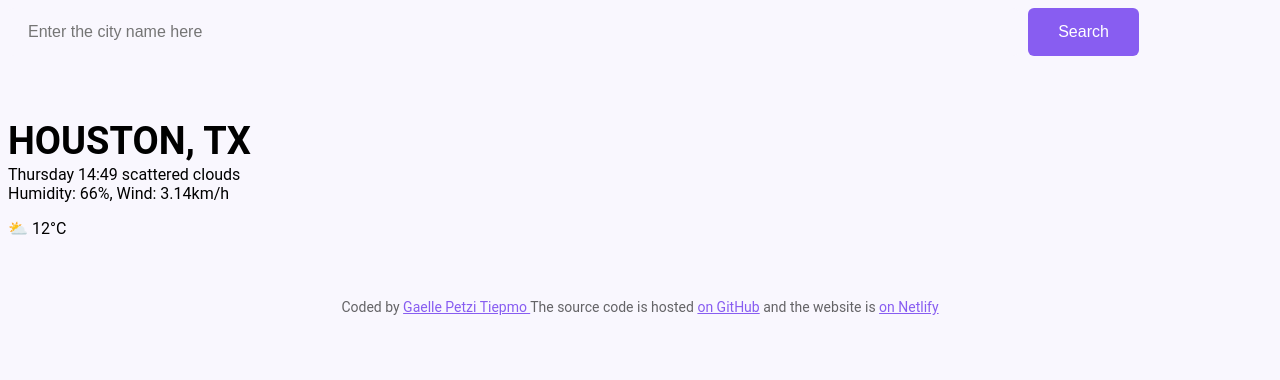
Repository: OnwardForward/meteo.by.gaelle
Page: meteo.appbygaelle.html
The author's editor kept a copy of each file at every save. The page is drawn from the files as they stood at one save, then again after the next save.
The browser window is 1280 px wide. The pictures show the whole page.

Above is the page before, as saved 2024-04-18 15:32:26.

After the next save:
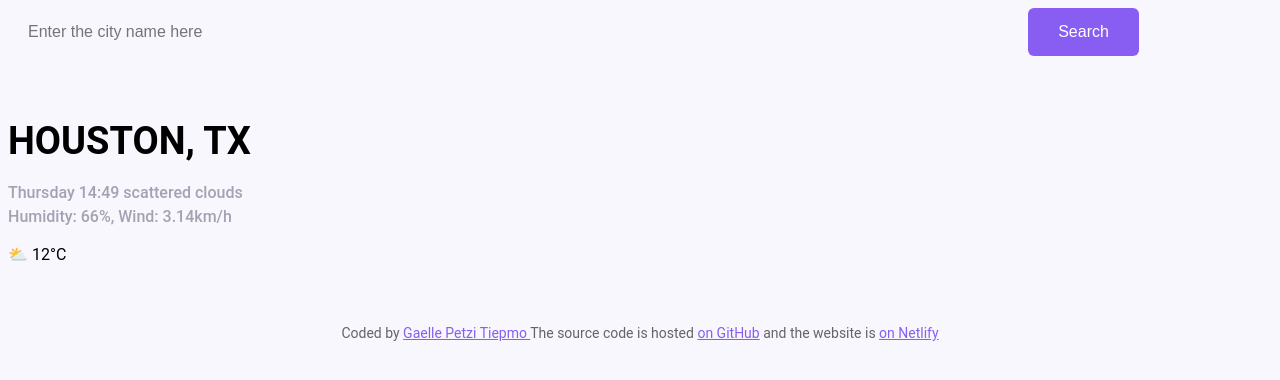
Saved 4 s later.
--- a/meteo.appbygaelle.html
+++ b/meteo.appbygaelle.html
@@ -18,7 +18,7 @@
     <div class="meteo-app-data"></div>
     <div>
         <h1 class="weather-app-city">HOUSTON, TX</h1>
-        <pclass="weather-app-details">
+        <p class="weather-app-details">
             Thursday 14:49 scattered clouds
             <br />
             Humidity: 66%, Wind: 3.14km/h
